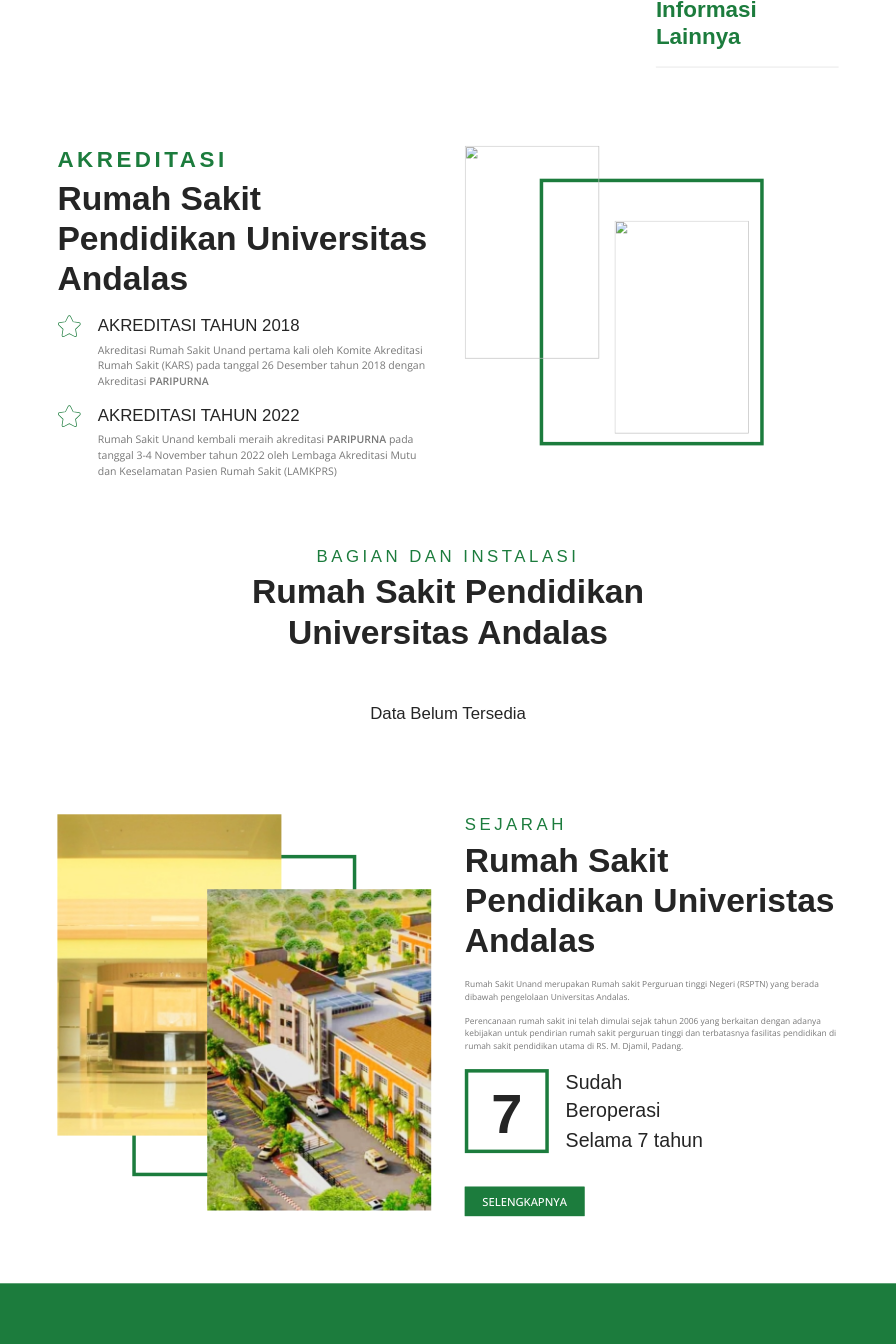
Repository: vivin-erialis/rsunand-site
Page: http://localhost/
An editor plug-in stored every save of this project. The page is shown before and after the next save, followed by the edit.
The browser window is 1280 px wide. The pictures show the part of the page from y = 866 to 2786 px (the page is 3163 px tall before and 3105 px after), at 70% of full size.
Some web fonts or font styles are not loaded; a fallback is used. Some web libraries are served in a nearby version. The page is served by the project's Laravel application, run on PHP 8.4 with Laravel 12. Other server files are loaded and not shown. Queries for data that is not in the repository find no rows.

Above is the page before, as saved 2024-06-10 09:14:35.
Console error: TypeError: Cannot read properties of undefined (reading 'version')

### resources/views/Frontend/home.blade.php
@extends('Frontend.layouts.main')
@section('title', 'Website Resmi')
@section('content')
    <div class="container-fluid p-0 pb-5 wow fadeIn" data-wow-delay="0.1s">
        <div class="owl-carousel header-carousel position-relative">
            @foreach ($slider as $slider)
                <div class="owl-carousel-item position-relative"
                    data-dot="<img src='{{ asset('../images/slider/' . $slider->img) }}'>">
                    <img class="img-fluid" src="{{ asset('images/slider/' . $slider->img) }}" alt=""
                        style="height: 400px; object-fit: cover;">
                    <div class="owl-carousel-inner home-img">
                        <div class="container">
                            <div class="row justify-content-start">
                                <div class="col-12 col-lg-12 text-center">
                                    <h4 class="display-1 text-white animated slideInDown" style="font-size: vw !important">
                                        {{ $slider->title }}
                                    </h4>
                                    <p class="fs-7 fw-medium text-white mb-4 pb-3" style="font-size: 1vw !important">
                                        {{ $slider->desc }}
                                    </p>
                                    {{-- <a href="{{ $slider->link }}" class="py-3 px-5 btn-home fs-7 mt-3">SELENGKAPNYA</a> --}}
                                </div>
                            </div>
                        </div>
                    </div>
                </div>
            @endforeach

        </div>
    </div>

    <!-- Service Start -->
    <div class="container-xxl py-5">
        <div class="container">
            <div class="text-center mx-auto mb-5 wow fadeInUp" data-wow-delay="0.1s" style="max-width: 600px;">
                <h4 class="section-title">LAYANAN UNGGULAN</h4>
                <h1 class="display-5 mb-4">Rumah Sakit Pendidikan Universitas Andalas</h1>
            </div>
            @if ($layanan->isEmpty())
                <h4 class="mt-5 text-center">Belum Ada Data</h4>
            @endif
            <div class="row g-4">
                @foreach ($layanan as $item)
                    <div class="col-lg-4 col-md-6 wow fadeInUp" data-wow-delay="0.5s">
                        <div class="service-item d-flex position-relative text-center h-100" style="border-radius:10px">
                            @if ($item->gambar)
                                @php
                                    $gambarArray = json_decode($item->gambar);
                                    if ($gambarArray) {
                                        $gambarPertama = reset($gambarArray);
                                    }
                                @endphp

                                @if (!empty($gambarPertama))
                                    <a href="/layanan/{{ $item->url }}">
                                        <img class="bg-img" src="{{ asset('/../images/layanan/' . $gambarPertama) }}">
                                    </a>
                                @endif
                            @endif
                            <div class="service-text p-5">
                                <i class="fa fa-hospital flex-shrink-0 mb-4" style="color: white; font-size: 40px"></i>
                                <h2 class="mb-3" style="color: white">{{ $item->nama_layanan }}</h2>
                                <p class="mb-4" style="font-size: 14px">{{ Str::limit($item->desc, 80, '...') }}.</p>
                                <a class="btn" href="/layanan/{{ $item->url }}"><i
                                        class="fa fa-plus text-primary me-3"></i>Read
                                    More</a>
                            </div>
                        </div>
                    </div>
                @endforeach
            </div>
        </div>
    </div>
    <!-- Service End -->

    {{-- Berita --}}
    <div class="container-xxl py-5">
        <div class="container">
            <div class="text-center mx-auto mb-5 wow fadeInUp" data-wow-delay="0.1s" style="max-width: 600px;">
                <h4 class="section-title">Berita</h4>
                <h1 class="display-5 mb-4">Rumah Sakit Pendidikan Universitas Andalas</h1>
            </div>
            @if ($artikel->isEmpty())
                <h4 class="mt-5 text-center">Belum Ada Artikel</h4>
            @endif
            <div class="row">
                <div class="col-lg-9">
                    <div class="container-berita-home">
                        @foreach ($artikel as $item)
                            <div class="card mb-4">
                                @if ($item->gambar)
                                    @php
                                        $gambarArray = json_decode($item->gambar);
                                        if ($gambarArray) {
                                            $gambarPertama = reset($gambarArray);
                                        }
                                    @endphp

                                    @if (!empty($gambarPertama))
                                        <img loading="lazy" class="card-img-top"
                                            src="{{ asset('/../images/artikel/' . $gambarPertama) }}"
                                            alt="{{ $item->title }}">
                                    @endif
                                @endif
                                <div class="card-body">
                                    <div class="me-2 mb-3" style="color: #1C7C3D">
                                        <span style="font-size: 12px" class="post-author">
                                            {{ $item->kategori->title }} |
                                        </span>
                                        <span style="font-size: 12px" class="post-meta-date">
                                            <i
                                                class="far fa-calendar me-2"></i>{{ Carbon\Carbon::parse($item->created_at)->isoFormat('D MMMM, Y') }}
                                        </span>
                                    </div>
                                    <a href="/berita/{{ $item->url }}">
                                        <h2 class="card-title">{{ $item->title }}</h2>
                                    </a>
                                    <p class="card-text">{{ Str::limit(strip_tags($item->desc), 100, '...') }}</p>
                                    <a href="/berita/{{ $item->url }}" class="card-button">SELENGKAPNYA</a>
                                </div>
                            </div>
                        @endforeach
                    </div>
                </div>
                <div class="col-lg-3">
                    <div>
                        <h2 class="mb-2" style="color: #1C7C3D;">Berita Terbaru</h2>
                        <hr>
                        @foreach ($recentPosts as $new)
                            <div class="row news-block news-block-two-col d-flex mt-4">
                                <div class="col-5 news-block-two-col-image-wrap">
                                    <a href="/blog/{{ $new->url }}">
                                        @if ($item->gambar)
                                            @php
                                                $gambarArray = json_decode($new->gambar);
                                                if ($gambarArray) {
                                                    $gambarPertama = reset($gambarArray);
                                                }
                                            @endphp

                                            @if (!empty($gambarPertama))
                                                <img loading="lazy" class="card-img-top"
                                                    src="{{ asset('/../images/artikel/' . $gambarPertama) }}"
                                                    alt="{{ $new->title }}">
                                            @endif
                                        @endif
                                    </a>
                                </div>

                                <div class="col-7 news-block-two-col-info">
                                    <div class="news-block-date">
                                        <p style="color: #1C7C3D">
                                            <i class="bi-calendar4 custom-icon me-1"></i>
                                            {{ Carbon\carbon::parse($new->tanggal_berita)->isoFormat('D MMMM, Y') }}
                                        </p>
                                    </div>
                                    <div class="news-block-title mb-2">
                                        <a href="/berita/{{ $new->url }}">
                                            <h2 class="card-title">{{ $new->title }}</h2>
                                        </a>
                                    </div>
                                    <div>
                                        <p class="card-text">{{ Str::limit(strip_tags($new->desc), 100, '...') }}</p>
                                    </div>

                                </div>
                            </div>
                        @endforeach
                    </div>

                    <br>
                    <div>
                        <h2 class="mb-4" style="color: #1C7C3D">Informasi Lainnya</h2>
                        <hr>
                        {{-- @foreach ($recentPosts as $new)
                            <div class="row news-block news-block-two-col d-flex mt-4">
                                <div class="col-5 news-block-two-col-image-wrap">
                                    <a href="/blog/{{ $new->url }}">
                                        @if ($item->gambar)
                                            @php
                                                $gambarArray = json_decode($item->gambar);
                                                if ($gambarArray) {
                                                    $gambarPertama = reset($gambarArray);
                                                }
                                            @endphp

                                            @if (!empty($gambarPertama))
                                                <img loading="lazy" class="card-img-top"
                                                    src="{{ asset('/../images/artikel/' . $gambarPertama) }}"
                                                    alt="{{ $item->title }}">
                                            @endif
                                        @endif
                                    </a>
                                </div>

                                <div class="col-7 news-block-two-col-info">
                                    <div class="news-block-date">
                                        <p>
                                            <i class="bi-calendar4 custom-icon me-1"></i>
                                            {{ Carbon\carbon::parse($new->tanggal_berita)->isoFormat('D MMMM, Y') }}
                                        </p>
                                    </div>
                                    <div class="news-block-title mb-2">
                                        <h6 style="font-size: 16px;"><a href="/berita/{{ $new->url }}"
                                                class="news-block-title-link">{{ $new->title }}</a>
                                        </h6>
                                    </div>
                                    <div>
                                        <p class="card-text">{{ Str::limit(strip_tags($item->desc), 100, '...') }}</p>
                                    </div>

                                </div>
                            </div>
                        @endforeach --}}
                    </div>
                </div>
            </div>
        </div>
    </div>


    <!-- Feature Start -->
    <div class="container-xxl py-5">
        <div class="container">
            <div class="row g-5">
                <div class="col-lg-6 wow fadeInUp" data-wow-delay="0.1s">
                    <h2 class="section-title">AKREDITASI</h2>
                    <h2 class="display-5 mb-4">Rumah Sakit Pendidikan Universitas Andalas</h2>
                    {{-- <p class="mb-4">Tempor erat elitr rebum at clita. Diam dolor diam ipsum sit. Aliqu diam amet diam et eos. Clita erat ipsum et lorem et sit, sed stet lorem sit clita duo justo magna dolore erat amet</p> --}}
                    <div class="row g-4">
                        <div class="col-12">
                            <div class="d-flex align-items-start">
                                <i class="fa fa-star flex-shrink-0 mb-4"
                                    style="color: #1C7C3D; font-size: 30px; background: none; -webkit-text-stroke: 1px #1C7C3D; color: transparent;"></i>
                                </i>
                                <div class="ms-4">
                                    <h4>AKREDITASI TAHUN 2018</h4>
                                    <p class="mb-0" style="font-size: 15px">Akreditasi Rumah Sakit Unand pertama kali
                                        oleh Komite Akreditasi
                                        Rumah Sakit (KARS) pada tanggal 26 Desember tahun 2018 dengan Akreditasi
                                        <strong>PARIPURNA</strong>
                                    </p>
                                </div>
                            </div>
                        </div>
                        <div class="col-12">
                            <div class="d-flex align-items-start">
                                <i class="fa fa-star flex-shrink-0 mb-4"
                                    style="color: #1C7C3D; font-size: 30px; background: none; -webkit-text-stroke: 1px #1C7C3D; color: transparent;"></i>
                                </i>
                                <div class="ms-4">
                                    <h4>AKREDITASI TAHUN 2022</h4>
                                    <p class="mb-0" style="font-size: 15px">Rumah Sakit Unand kembali meraih akreditasi
                                        <strong>PARIPURNA</strong> pada tanggal 3-4 November tahun 2022 oleh Lembaga
                                        Akreditasi Mutu dan Keselamatan Pasien Rumah Sakit (LAMKPRS)
                                    </p>
                                </div>
                            </div>
                        </div>
                    </div>
                </div>
                <div class="col-lg-6 wow fadeInUp" data-wow-delay="0.5s">
                    <div class="feature-img">
                        <img class="img-fluid" src="img/about-2.jpg" alt="">
                        <img class="img-fluid" src="img/about-1.jpg" alt="">
                    </div>
                </div>
            </div>
        </div>
    </div>
    <!-- Feature End -->

    {{-- Bagian dan Instalasi --}}
    <div class="container-xxl py-5">
        <div class="container">
            <div class="text-center mx-auto mb-5 wow fadeInUp" data-wow-delay="0.1s" style="max-width: 600px;">
                <h4 class="section-title">Bagian dan Instalasi</h4>
                <h1 class="display-5 mb-4">Rumah Sakit Pendidikan Universitas Andalas</h1>
            </div>
            <div class="row g-4" style="padding:2vw 4vw">
                @forelse ($bagianInstalasi as $item)
                    <div class="col-lg-4 col-md-4 wow fadeInUp" data-wow-delay="0.1s">
                        <div class="service-item d-flex position-relative text-center h-100">
                            @if ($item->gambar)
                                @php
                                    $gambarArray = json_decode($item->gambar);
                                    if ($gambarArray) {
                                        $gambarPertama = reset($gambarArray);
                                    }
                                @endphp

                                @if (!empty($gambarPertama))
                                    <img loading="lazy" class="bg-img"
                                        src="{{ asset('/../images/artikel/' . $gambarPertama) }}">
                                @endif
                            @endif
                            <div class="service-text p-3 card-dokter" style="width: 100%">
                                @if ($item->gambar)
                                    @php
                                        $gambarArray = json_decode($item->gambar);
                                        if ($gambarArray) {
                                            $gambarPertama = reset($gambarArray);
                                        }
                                    @endphp

                                    @if (!empty($gambarPertama))
                                        <img loading="lazy" class="card-img"
                                            src="{{ asset('/../images/artikel/' . $gambarPertama) }}">
                                    @endif
                                @endif
                                <h6 class="mb-2 mt-3">{{ $item->title }}</h6>
                                <p class="mb-2">{!! $item->desc !!}</p>
                                <a style="font-size: 11px !important" class="btn"
                                    href="/bagian-instalasi/{{ $item->url }}"><i
                                        class="fa fa-plus text-primary me-4"></i>
                                    SELENGKAPNYA</a>
                            </div>
                        </div>
                    </div>
                @empty
                    <h4 class="text-center">Data Belum Tersedia</h4>
                @endforelse
            </div>
            <div style="text-align: center;">
                @if (!$bagianInstalasi->isEmpty())
                    <a class="btn btn-primary mt-4 py-2 px-4" href="/bagian-instalasi">LIHAT LEBIH BANYAK</a>
                @endif
            </div>

        </div>
    </div>

    {{-- About --}}
    <div class="container-xxl py-5">
        <div class="container">
            <div class="row g-5">
                <div class="col-lg-6 wow fadeIn" data-wow-delay="0.1s">
                    <div class="about-img">
                        <img class="img-fluid" src="/../assets/img/about-2.jpeg" alt="">
                        <img class="img-fluid" src="/../assets/img/about-1.jpeg" alt="">
                    </div>
                </div>
                <div class="col-lg-6 wow fadeIn" data-wow-delay="0.5s">
                    <h4 class="section-title">Sejarah</h4>
                    <h1 class="display-5 mb-4">Rumah Sakit Pendidikan Univeristas Andalas</h1>
                    <p>Rumah Sakit Unand merupakan Rumah sakit Perguruan tinggi Negeri (RSPTN) yang berada dibawah
                        pengelolaan Universitas Andalas.</p>
                    <p class="mb-4">Perencanaan rumah sakit ini telah dimulai sejak tahun 2006 yang berkaitan dengan
                        adanya kebijakan untuk pendirian rumah sakit perguruan tinggi dan terbatasnya fasilitas pendidikan
                        di rumah sakit pendidikan utama di RS. M. Djamil, Padang.</p>
                    <div class="d-flex align-items-center mb-5">
                        <div class="d-flex flex-shrink-0 align-items-center justify-content-center border border-5 border-primary"
                            style="width: 120px; height: 120px;">
                            <h1 class="display-1 mb-n2" data-toggle="counter-up">7</h1>
                        </div>
                        <div class="ps-4">
                            <h3>Sudah</h3>
                            <h3>Beroperasi</h3>
                            <h3 class="mb-0">Selama 7 tahun</h3>
                        </div>
                    </div>
                    <a class="btn btn-primary py-2 px-4" href="/tentang-kami">SELENGKAPNYA</a>
                </div>
            </div>
        </div>
    </div>




@endsection

Loaded but not shown: app/Http/Controllers/Controller.php (common file); app/Models/Slider.php (common file); public/assets/lib/animate/animate.min.css (library); public/assets/lib/owlcarousel/assets/owl.carousel.min.css (common file); public/assets/lib/tempusdominus/css/tempusdominus-bootstrap-4.min.css (library); public/assets/css/bootstrap.min.css (library); public/assets/lib/wow/wow.min.js (library); public/assets/lib/easing/easing.min.js (common file); public/assets/lib/waypoints/waypoints.min.js (library); public/assets/lib/counterup/counterup.min.js (common file); public/assets/lib/owlcarousel/owl.carousel.min.js (library); public/assets/lib/tempusdominus/js/moment-timezone.min.js (library); public/assets/lib/tempusdominus/js/tempusdominus-bootstrap-4.min.js (library); public/assets/js/main.js (83 lines, source omitted); resources/views/Frontend/layouts/main.blade.php (468 lines, source omitted); public/assets/css/style.css (747 lines, source omitted); resources/views/Frontend/layouts/footer.blade.php (47 lines, source omitted); resources/views/Frontend/layouts/navbar.blade.php (39 lines, source omitted); app/Http/Controllers/HomeController.php (92 lines, source omitted); resources/views/Frontend/layouts/topbar.blade.php (27 lines, source omitted); resources/views/Frontend/page-not-found.blade.php (20 lines, source omitted); app/Models/Artikel.php (18 lines, source omitted); app/Models/KategoriArtikel.php (16 lines, source omitted); routes/web.php (101 lines, source omitted)

After the next save:
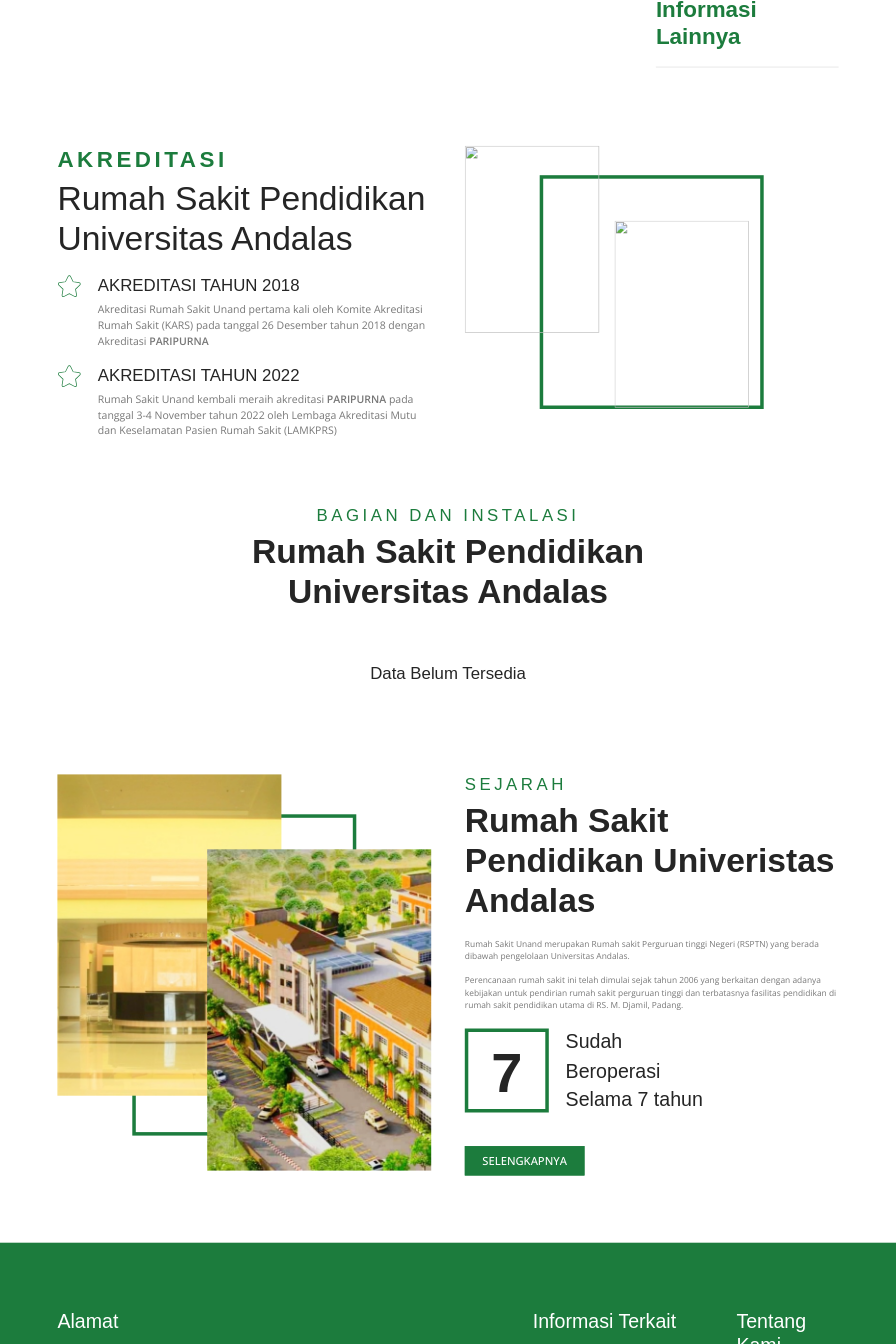
Saved 13 s later.
--- a/resources/views/Frontend/home.blade.php
+++ b/resources/views/Frontend/home.blade.php
@@ -225,7 +225,7 @@
             <div class="row g-5">
                 <div class="col-lg-6 wow fadeInUp" data-wow-delay="0.1s">
                     <h2 class="section-title">AKREDITASI</h2>
-                    <h2 class="display-5 mb-4">Rumah Sakit Pendidikan Universitas Andalas</h2>
+                    <h3 class="display-5 mb-4">Rumah Sakit Pendidikan Universitas Andalas</h3>
                     {{-- <p class="mb-4">Tempor erat elitr rebum at clita. Diam dolor diam ipsum sit. Aliqu diam amet diam et eos. Clita erat ipsum et lorem et sit, sed stet lorem sit clita duo justo magna dolore erat amet</p> --}}
                     <div class="row g-4">
                         <div class="col-12">
